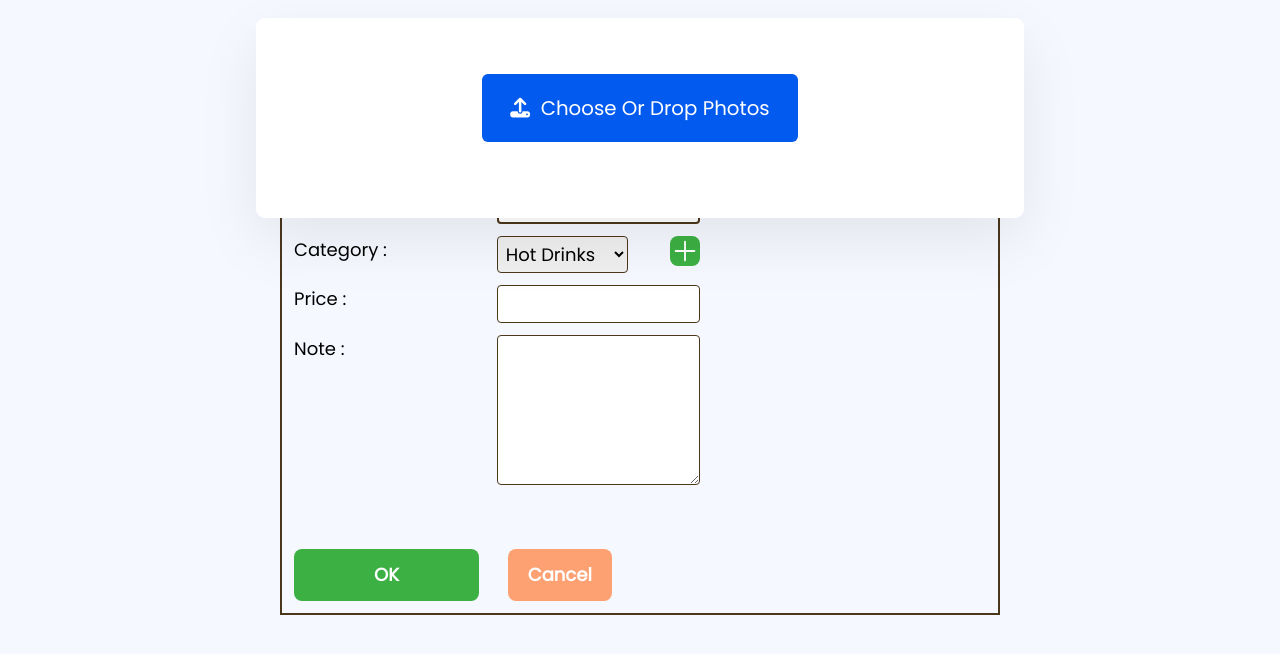
Repository: Dapravith/Midterm-SE-GIC-Cafe-Project-Group16
Page: src/main/resources/templates/addDrink.html
These files come from the project's save history. The page is drawn as it stood at one moment and after the next save; the edit follows.
The browser window is 1280 px wide. The pictures show the whole page.
Some web libraries are served in a nearby version.

Above is the page before, as saved 2023-05-16 22:30:40.

### src/main/resources/templates/addDrink.html
<!DOCTYPE html>
<html lang="en">

<head>
    <meta charset="UTF-8">
    <meta http-equiv="X-UA-Compatible" content="IE=edge">
    <meta name="viewport" content="width=device-width, initial-scale=1.0">
    <title>Add New Drink</title>
    <script src="https://cdn.tailwindcss.com"></script>
    <!-- Font Awesome Icons -->
    <link rel="stylesheet" href="https://cdnjs.cloudflare.com/ajax/libs/font-awesome/6.2.0/css/all.min.css" />
    <!-- Google Font -->
    <link href="https://fonts.googleapis.com/css2?family=Poppins&display=swap" rel="stylesheet" />
    <style>
        * {
            padding: 0;
            margin: 0;
            box-sizing: border-box;
            font-family: "Poppins", sans-serif;
        }

        button:hover {
            box-shadow: 0 13px 18px 0 rgba(151, 208, 27, 0.24), 0 19px 50px 0 rgba(238, 227, 21, 0.19);
        }

        body {
            background-color: #f5f8ff;
        }

        .images {
            background-color: #ffffff;
            width: 60%;
            min-width: 37.5em;
            padding: 3.12em 1.87em;
            position: absolute;
            transform: translateX(-50%);
            left: 50%;
            top: 1em;
            box-shadow: 0 1.25em 3.43em rgba(0, 0, 0, 0.08);
            border-radius: 0.5em;
            justify-content: right;
            align-items: right;
        }

        input[type="file"] {
            display: none;
        }

        .upload-images {
            display: block;
            position: relative;
            background-color: #025bee;
            color: #ffffff;
            font-size: 1.1em;
            text-align: center;
            width: 16em;
            padding: 1em 0;
            border-radius: 0.3em;
            margin: 0 auto 1em auto;
            cursor: pointer;
        }

        #image-display {
            position: absolute;
            width: 90%;
            margin: 0 auto;
            display: flex;
            justify-content: space-evenly;
            gap: 1.25em;
            flex-wrap: wrap;
        }

        #image-display figure {
            width: 50%;
        }

        #image-display img {
            width: 100%;
        }

        #image-display figcaption {
            font-size: 0.8em;
            text-align: center;
            color: #5a5861;
        }

        .active {
            border: 0.2em dashed #025bee;
        }

        #error {
            text-align: center;
            color: #ff3030;
        }
    </style>
</head>

<body class="m-10 text-lg">
    <!-- Crud PRODUCTS -->
    <div class="new_drink w-[60%] h-fit m-auto  border-[2px] border-solid border-[#4B371C] ">
        <div class="head p-3">
            <h2>New Drinks</h2>
        </div>
        <div class="w-[100%] border-[1px] border-solid border-[#4B371C]"></div>
        <div class="flex">
            <div class="add_drink w-[60%]">
                <div class="py-3 ">
                    <form action="#" class="p-3 ">
                        <div class="mt-3 grid grid-cols-2">
                            <label class="mr-5" for="dcode">Drinks code :</label>
                            <input type="text" id="dcode" name="" class="p-1 border-[2px] border-solid border-[#4B371C] rounded" placeholder="">
                        </div>
                        <div class="mt-3 grid grid-cols-2">
                            <label class="mr-5" for="dname">Drinks name :</label>
                            <input type="text" id="dname" name="" class="p-1 border-[2px] border-solid border-[#4B371C] rounded" placeholder="">
                        </div>
                        <div class="mt-3 grid grid-cols-2">
                            <label class="mr-5" for="category">Category :</label>
                            <div class="flex justify-between">
                                <select type="add-item" id="category" name="" class="p-1 border-[1px] border-solid border-[#4B371C] rounded" placeholder="">
                                    <option value="1">Hot Drinks</option >
                                    <option value="2" >Cool Drinks</option >
                                    <option value="3" >Frappe</option >
                                    <option value="4" >Food</option >
                                </select>
                                <button id="add_category" class=" w-fit h-fit bg-[#3CB043] text-center text-white font-bold cursor-pointer duration-100 rounded-lg">
                                    <svg xmlns="http://www.w3.org/2000/svg" fill="none" viewBox="0 0 24 24" stroke-width="1.5" stroke="currentColor" class="w-[30px] h-[30px] " onclick="showPopup()">
                                        <path stroke-linecap="round" stroke-linejoin="round" d="M12 4.5v15m7.5-7.5h-15" />
                                    </svg>
                                </button>

                            </div>

                        </div>

                        <div class="mt-3 grid grid-cols-2">
                            <label class="mr-5" for="price">Price :</label>
                            <input name="" min="0" type="number" id="price" class="p-1 border-[1px] border-solid border-[#4B371C] rounded" placeholder="">
                        </div>
                        <div class="mt-3 grid grid-cols-2">
                            <label class="mr-5" for="note">Note :</label>
                            <textarea id="note" cols="50" rows="5" name="" class="p-1 w-full border-[1px] border-solid border-[#4B371C] rounded resize-x"> </textarea>
                        </div>
                    </form>
                </div>
                <br />
                <div>
                    <button class=" py-3 bg-[#3CB043] text-center text-white font-bold px-20 m-3 inline-block cursor-pointer duration-100 rounded-lg">OK</button>
                    <button class=" py-3 px-5 bg-[#FDA172] text-center text-white  font-bold p-3 m-3 inline-block cursor-pointer duration-100 rounded-lg">Cancel</button>
                </div>
            </div>
            <div class="images">
                <input type="file" id="upload-button" multiple accept="image/*" />
                <label class="upload-images" for="upload-button"><i class="fa-solid fa-upload"></i>&nbsp; Choose Or Drop Photos
                </label>
                <div id="error"></div>
                <div id="image-display"></div>
            </div>
        </div>
    </div>
    </div>
    <!-- ADD NEW CATEGORY -->
    <div class="popup w-[100vw] h-[100vh] absolute top-[0] left-[0] bg-[#f1f1f199] hidden z-[100]">
        <main class="w-[20rem] absolute top-[50%] left-[50%] translate-x-[-50%] translate-y-[-50%]">
            <div class="none w-full h-fit m-auto  border-[2px] border-solid border-[#4B371C]">
                <div class="head p-3">
                    <h2>New Category</h2>
                </div>
                <div class="w-[100%] border-[1px] border-solid border-[#4B371C]"></div>
                <div class=" ">
                    <form action="#" class="add_category p-3">
                        <div class="mt-3 grid grid-cols-2">
                            <label for="gcode">Category code :</label>
                            <input type="text" id="dcode" name="" class="category_code border-[1px] border-solid border-[#4B371C] rounded" placeholder="" required>
                        </div>
                        <div class="mt-3 grid grid-cols-2">
                            <label for="gname">Category name :</label>
                            <input type="text" id="gname" name="" class="category_name border-[1px] border-solid border-[#4B371C] rounded" placeholder="" required>
                        </div>
                        <br />
                        <div class="flex">
                            <input id="okay" type="submit" value="OK" class=" py-3 bg-[#3CB043] text-center font-bold text-white px-16 in m-3 p-3 line-block cursor-pointer duration-100 rounded-lg">
                            <button class="cancel py-3 px-5 bg-[#FDA172] text-center font-bold text-white p-3 m-3 inline-block cursor-pointer duration-100 rounded-lg">Cancel</button>
                        </div>
                    </form>
                </div>
            </div>
        </main>

    </div>
    <script>
        const addNewCat = document.getElementById("add_category");
        const popup = document.querySelector(".popup");
        const form_add_category = document.querySelector(".add_category ");

        addNewCat.addEventListener("click", showPopup);

        function showPopup() {
            popup.classList.remove('hidden')
        }

        form_add_category.addEventListener("submit", () => {
            clear()
            popup.classList.add('hidden')
        });

        document.querySelector('.cancel').addEventListener('click', () => {
            clear()
            popup.classList.add('hidden')
        })

        popup.addEventListener('click', (e) => {
            const target = e.target;

            if (target.classList.contains('popup')) {
                popup.classList.add('hidden')
            }
        })

        const clear = () => {
            document.querySelector('.category_name').value = ""
            document.querySelector('.category_code').value = ""
        }

        let uploadButton = document.getElementById("upload-button");
        let chosenImage = document.getElementById("chosen-image");
        let fileName = document.getElementById("file-name");
        let container = document.querySelector(".images");
        let error = document.getElementById("error");
        let imageDisplay = document.getElementById("image-display");

        const fileHandler = (file, name, type) => {
            if (type.split("/")[0] !== "image") {
                //File Type Error
                error.innerText = "Please upload an image file";
                return false;
            }
            error.innerText = "";
            let reader = new FileReader();
            reader.readAsDataURL(file);
            reader.onloadend = () => {
                //image and file name
                let imageContainer = document.createElement("figure");
                let img = document.createElement("img");
                img.src = reader.result;
                imageContainer.appendChild(img);
                imageContainer.innerHTML += `<figcaption>${name}</figcaption>`;
                imageDisplay.appendChild(imageContainer);
            };
        };

        //Upload Button
        uploadButton.addEventListener("change", () => {
            imageDisplay.innerHTML = "";
            Array.from(uploadButton.files).forEach((file) => {
                fileHandler(file, file.name, file.type);
            });
        });

        container.addEventListener(
            "dragenter",
            (e) => {
                e.preventDefault();
                e.stopPropagation();
                container.classList.add("active");
            },
            false
        );

        container.addEventListener(
            "dragleave",
            (e) => {
                e.preventDefault();
                e.stopPropagation();
                container.classList.remove("active");
            },
            false
        );

        container.addEventListener(
            "dragover",
            (e) => {
                e.preventDefault();
                e.stopPropagation();
                container.classList.add("active");
            },
            false
        );

        container.addEventListener(
            "drop",
            (e) => {
                e.preventDefault();
                e.stopPropagation();
                container.classList.remove("active");
                let draggedData = e.dataTransfer;
                let files = draggedData.files;
                imageDisplay.innerHTML = "";
                Array.from(files).forEach((file) => {
                    fileHandler(file, file.name, file.type);
                });
            },
            false
        );

        window.onload = () => {
            error.innerText = "";
        };
    </script>
</body>

</html>

After the next save:
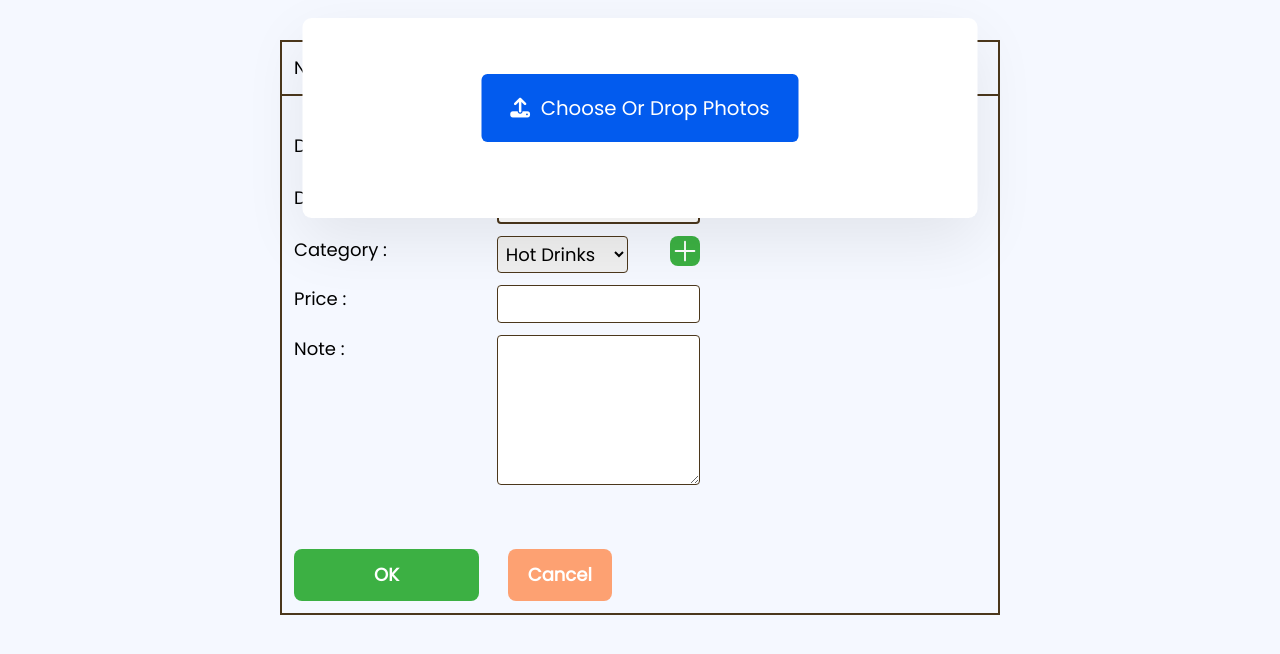
Saved 41 s later.
--- a/src/main/resources/templates/addDrink.html
+++ b/src/main/resources/templates/addDrink.html
@@ -29,7 +29,7 @@
 
         .images {
             background-color: #ffffff;
-            width: 60%;
+            width: 50%;
             min-width: 37.5em;
             padding: 3.12em 1.87em;
             position: absolute;
@@ -39,7 +39,6 @@
             box-shadow: 0 1.25em 3.43em rgba(0, 0, 0, 0.08);
             border-radius: 0.5em;
             justify-content: right;
-            align-items: right;
         }
 
         input[type="file"] {
